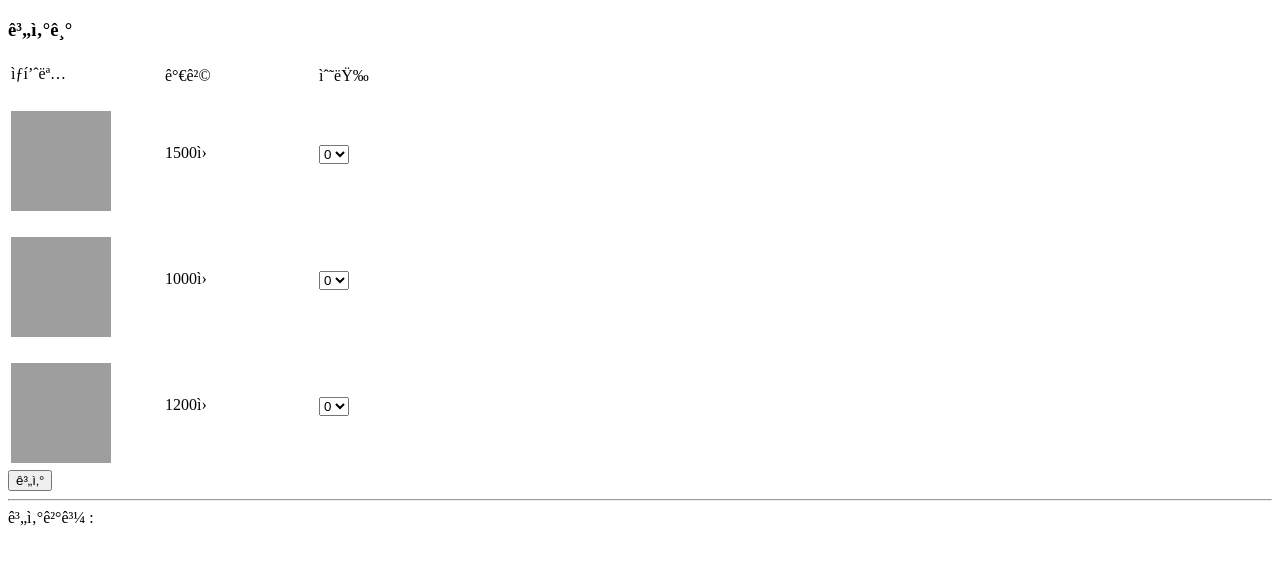
Repository: PARKJONGSUN88/multicampus_study
Page: http://localhost/web1/product.jsp
An editor plug-in stored every save of this project. The page is shown before and after the next save, followed by the edit.
The browser window is 1280 px wide. The pictures show the whole page.
Pictures or frames that could not be fetched are drawn as grey boxes. The page is served by Tomcat 9.

Above is the page before, as saved 2019-06-28 08:32:48.

After the next save:
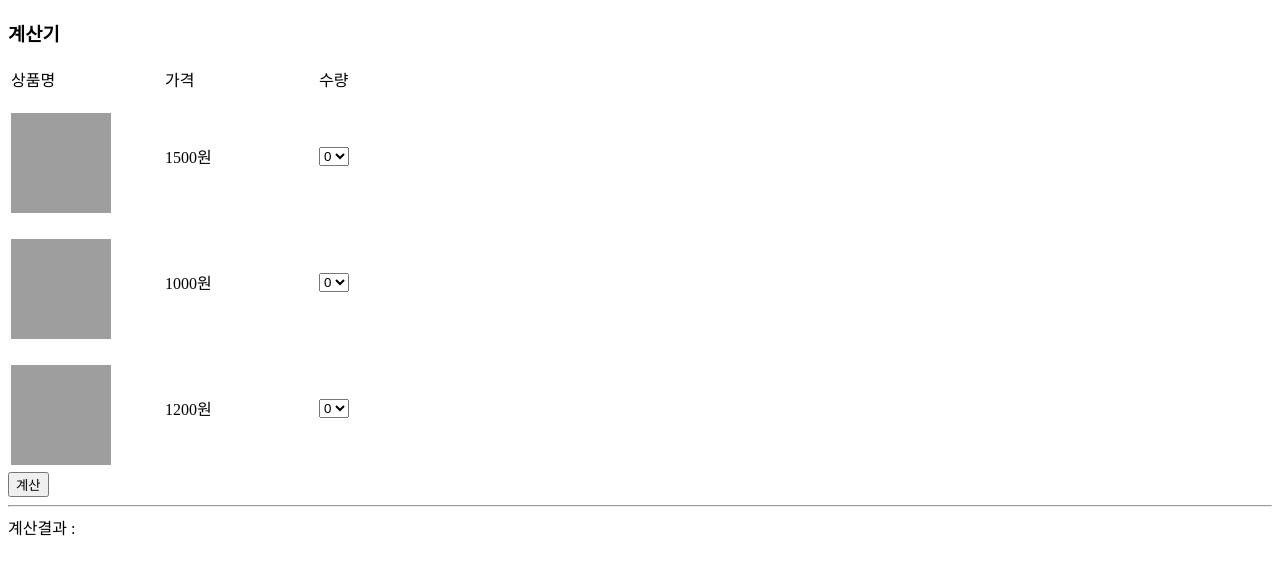
Saved 1 s later.
--- a/3-7. jsp, servletStudy Study/1. 실습/workspace2/web1/WebContent/product.jsp
+++ b/3-7. jsp, servletStudy Study/1. 실습/workspace2/web1/WebContent/product.jsp
@@ -1,3 +1,4 @@
+<%@ page contentType="text/html; charset=utf-8"%>
 <!DOCTYPE html>
 <html>
 <head>
